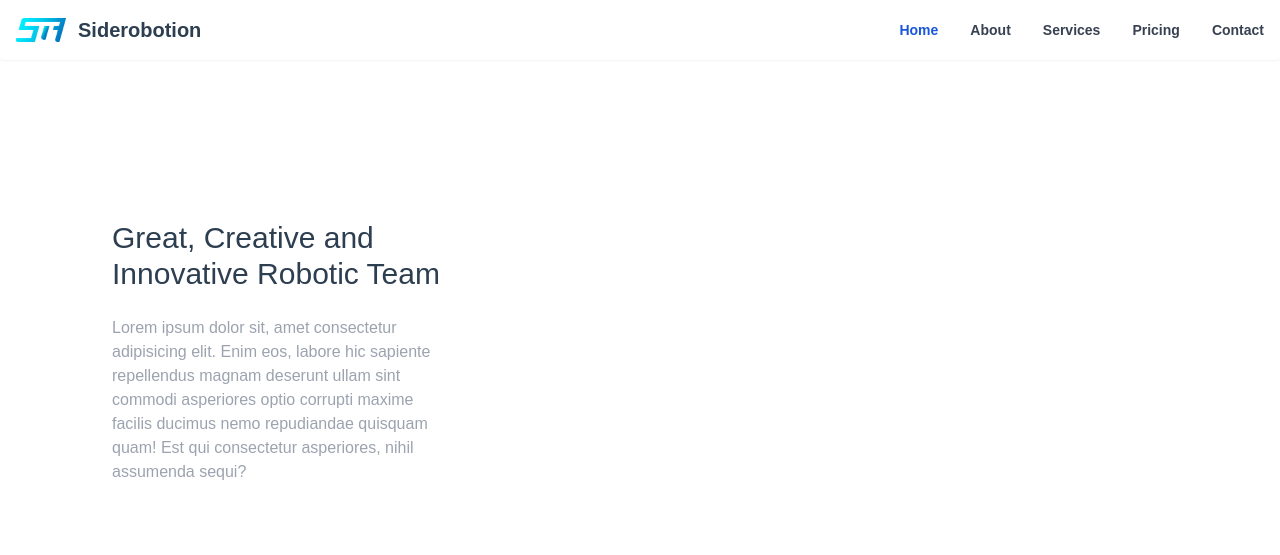
Repository: khulqu15/siderobotion
Page: /
These files come from the project's save history. The page is drawn as it stood at one moment and after the next save; the edit follows.
The browser window is 1280 px wide. The pictures show the whole page.
The project was rebuilt for these pictures with package versions that can differ from the ones it lists, and the page was loaded fresh each time. Also part of the build but not shown: vue.config.js.

Above is the page before, as saved 2022-06-12 02:11:53.

After the next save:
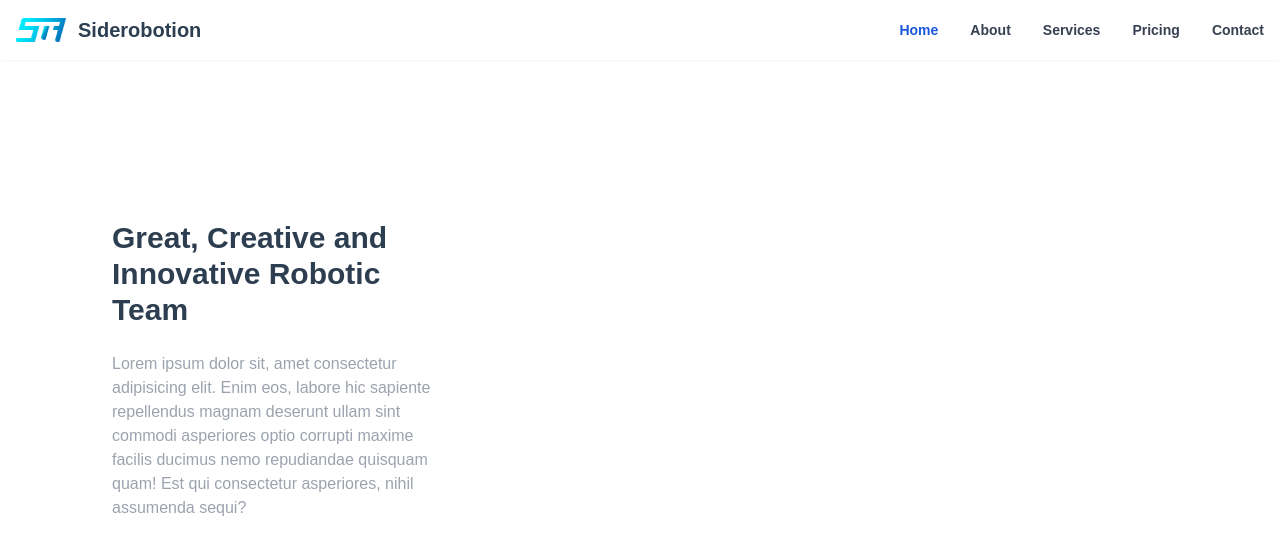
Saved 7 s later.
--- a/src/views/HomeView.vue
+++ b/src/views/HomeView.vue
@@ -3,7 +3,7 @@
   <web-layout>
     <div class="px-28 py-12 grid grid-cols-3 gap-4">
       <div class="py-28 text-start">
-        <h1 class="text-3xl">Great, Creative and Innovative Robotic Team </h1>
+        <h1 class="text-3xl font-semibold">Great, Creative and Innovative Robotic Team </h1>
         <p class="text-gray-400 mt-6">Lorem ipsum dolor sit, amet consectetur adipisicing elit. Enim eos, labore hic sapiente repellendus magnam deserunt ullam sint commodi asperiores optio corrupti maxime facilis ducimus nemo repudiandae quisquam quam! Est qui consectetur asperiores, nihil assumenda sequi?</p>
       </div>
     </div>
